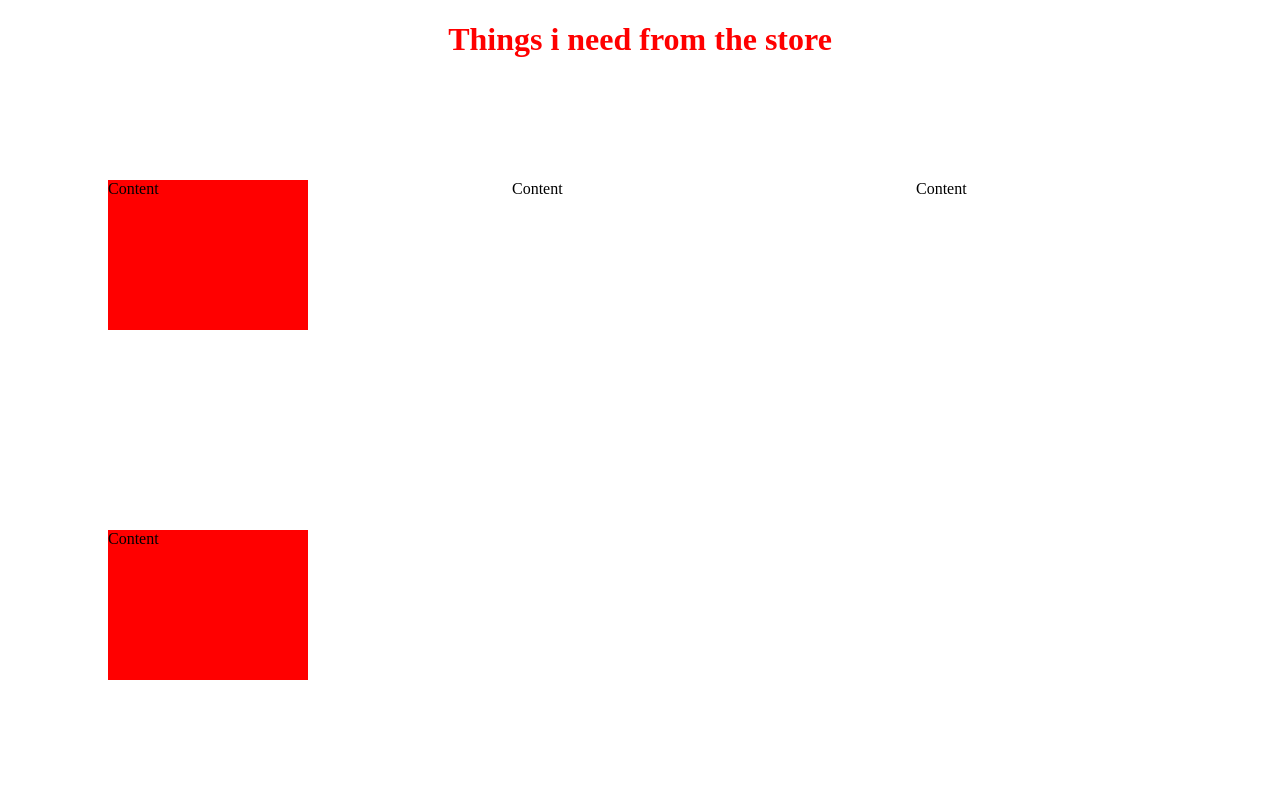
Repository: TheTroyPhillips/Block14
Page: Coursework/Block06/index.html
The author's editor kept a copy of each file at every save. The page is drawn from the files as they stood at one save, then again after the next save.
The browser window is 1280 px wide. The pictures show the whole page.

Above is the page before, as saved 2023-08-29 17:20:50.

After the next save:
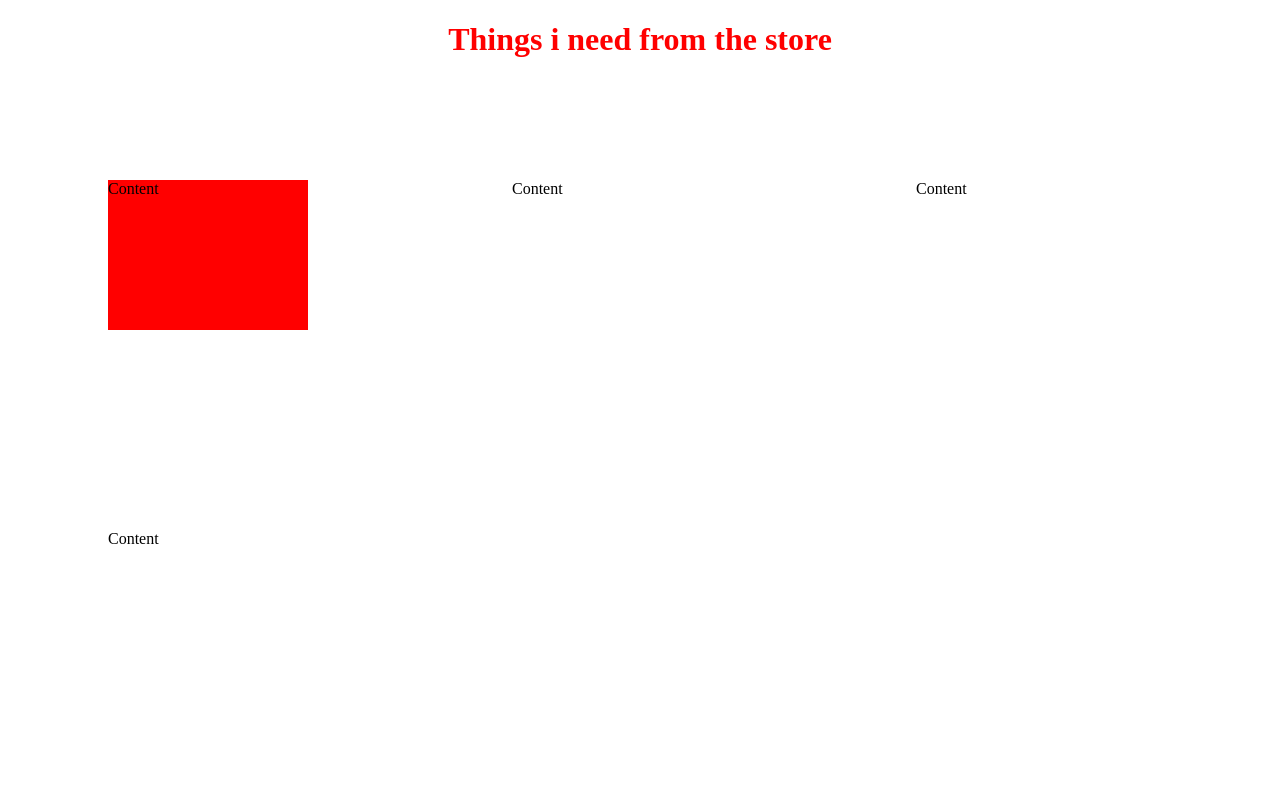
Saved 4 s later.
--- a/Coursework/Block06/index.html
+++ b/Coursework/Block06/index.html
@@ -11,7 +11,7 @@
     <div class="Box Red"> Content </div>
     <div class="Box Blue"> Content </div>
     <div class="Box Green"> Content </div>
-    <div class="Box Red"> Content </div>
+    <div class="Box Yellow"> Content </div>
 
 
 
